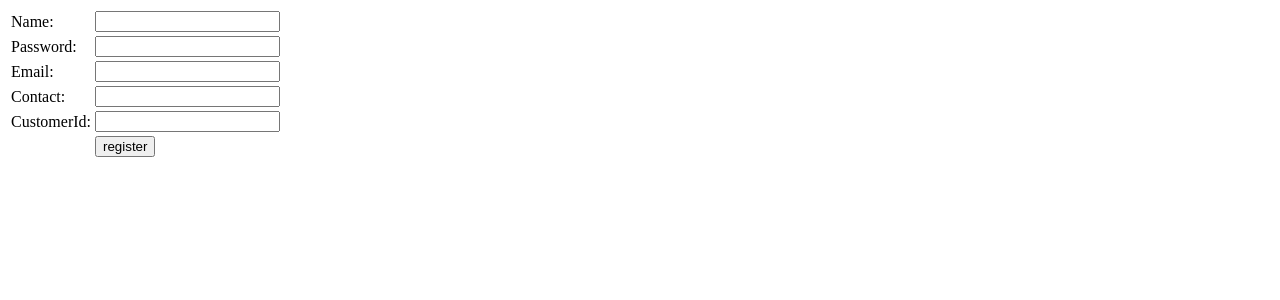
Repository: Vishwasbhat5/java-day_2
Page: http://localhost/Registration2/
These files come from the project's save history. The page is drawn as it stood at one moment and after the next save; the edit follows.
The browser window is 1280 px wide. The pictures show the whole page.
The page is served by Tomcat 10.

Above is the page before, as saved 2022-09-14 11:57:14.

After the next save:
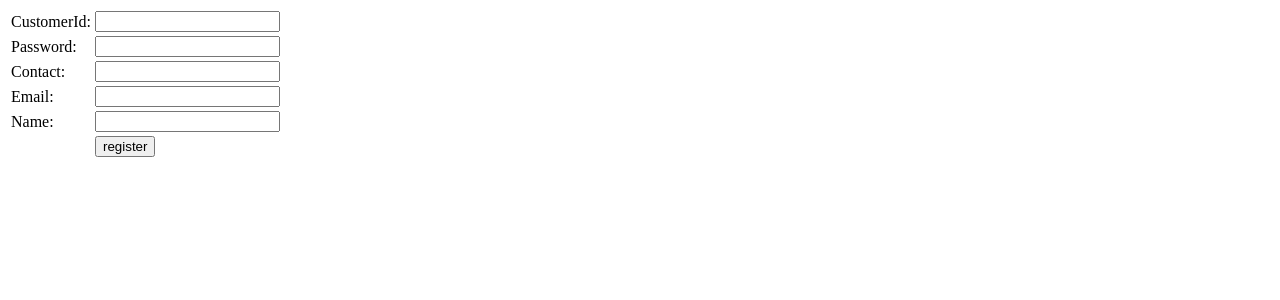
Saved 50 s later.
--- a/Registration2/src/main/webapp/memberRegistration.jsp
+++ b/Registration2/src/main/webapp/memberRegistration.jsp
@@ -9,11 +9,11 @@
 <body>
 <form action="Register" method="post">
 <table>
+<tr><td>CustomerId: </td><td><input type="text" name="CustomerId"></td></tr>
+<tr><td>Password: </td><td><input type="password" name="Password"></td></tr>
+<tr><td>Contact: </td><td><input type="text" name="Contact"></td></tr>
+<tr><td>Email: </td><td><input type="text" name="email"></td></tr>
 <tr><td>Name: </td><td><input type="text" name="Name"></td></tr>
-<tr><td>Password: </td><td><input type="password" name="Password"></td></tr>
-<tr><td>Email: </td><td><input type="text" name="email"></td></tr>
-<tr><td>Contact: </td><td><input type="text" name="Contact"></td></tr>
-<tr><td>CustomerId: </td><td><input type="text" name="CustomerId"></td></tr>
 <tr><td></td><td><input type="submit" value="register"></td></tr>
 </table>
 </form>
